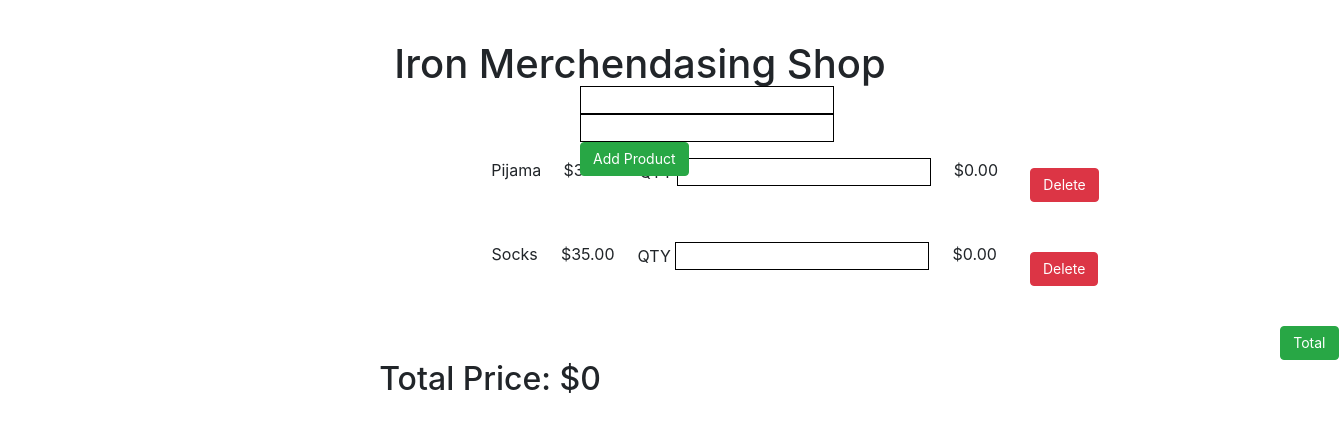
Repository: konstantin0s/lab-cart-DOM
Page: index.html
An editor plug-in stored every save of this project. The page is shown before and after the next save, followed by the edit.
The browser window is 1280 px wide. The page is 1339 px wide, then 1327 px, then 1339 px, so the pictures cover 1339 px, including what lies to the right of the window. The pictures show the whole page.
Some web libraries are served in a nearby version.

Above is the page before, as saved 2019-02-04 09:49:37.
Console error: TypeError: Cannot set properties of null (setting 'onclick')

### index.html
<!DOCTYPE html>
<html lang="en">
<head>
  <meta charset="UTF-8">
  <meta name="viewport" content="width=device-width, initial-scale=1.0">
  <meta http-equiv="X-UA-Compatible" content="ie=edge">
  <link rel="stylesheet" href="https://cdnjs.cloudflare.com/ajax/libs/normalize/5.0.0/normalize.min.css">
  <link rel="stylesheet" href="./css/style.css">
  <link rel="stylesheet" href="https://stackpath.bootstrapcdn.com/bootstrap/4.2.1/css/bootstrap.min.css">
  <title>Ironhack cart</title>
</head>

<body>
  <h1  class="title">Iron Merchendasing Shop</h1>
<!--
  <div class="container mt-4" id="amess">
    <h1 class="display-4 text-center">
      <i class="fas fa-book-open text-primary"></i>
      My <span class="text-primary">Products</span>List
      </h1>
      <form action="" id="product-form">
        <div class="form-group">
          <label for="product">Product</label>
          <input id="newProd" class="form-control" type="text">
        </div>
        <div class="form-group">
          <label for="price">$:</label>
          <input id="newPrice" class="form-control" type="text">
        </div>
        <div class="form-group">
          <label for="quantity">QTY</label>
          <input id="newQty" class="form-control" type="text">
        </div>
        <input type="submit" value="Add Product"
          class="btn btn-primary btn-block">
     </form>
        <table class="table table-striped">
          <thead>
            <tr>
              <th>Product:</th>
              <th class="fPrice">Price:</th>
              <th class="fQua">Quantity:</th>
              <th class="fTotal">Total:</th>
              <th></th>
            </tr>
          </thead>
            <tbody id="product-list"></tbody>
          </table>
  </div>   -->


  <div id="container">
       <div class="product">
        <div class="name">
          <span>Pijama</span>
        </div>
        <div class="price">
          $<span>35.00</span>
        </div>
        <div>
          <label>QTY</label>
          <input type="number" name="quantity" class="quantity">
        </div>
        <div class="totalP">
          $<span>0.00</span>
        </div>
        <div class="remove">
            <button class="button btn-danger" type="button">Delete</button>
        </div>
      </div>

      <div class="product">
          <div class="name">
            <span>Socks</span>
          </div>
          <div class="price">
            $<span>35.00</span>
          </div>
          <div>
            <label>QTY</label>
            <input type="number" name="quantity" class="quantity">
          </div>
          <div class="totalP">
            $<span>0.00</span>
          </div>
          <div class="remove" id="remove">
              <button class="button btn-danger" type="button">Delete</button>
          </div>
        </div>

     <div>
    <!--Ouside container-->
     <form action="" id="addNewProd">
       <input type="text" name="product" id="newProd">
       <input type="text" name="price" id="newPrice">
       <button type="submit" class="button btn-success" id="addExtra">Add Product</button>
     </form>

     <div class="addBC-container">
      <div class="calculate">
         <button type="button" class="button btn-success" id="calc-prices-button">Total</button>
      </div>

    <!-- <div class="addPBtn">
      <button type="button" class="button btn-success" id="addExtra">Add Product</button>
    </div> -->

    <h2 id="cart-total-price">
      Total Price: $<span>0</span>
    </h2>

    </div>



      <script type="text/javascript" src="./js/index.js"></script>

</body>
</html>

### css/style.css

body{
  overflow-x: hidden;
  z-index: 1000;
}

.title {
  text-align: center;
  padding: 40px;
}

.container {
  display: flex;
  flex-direction: row;
}

input {
  border: solid 1px black;
}

.product {
  display: flex;
  flex-direction: row;
  justify-content: space-around;
  width: 50%;
  margin: 30px 0 0 480px;
}

.button {
  display: inline-block;
  padding: 6px 12px;
  margin-bottom: 0;
  font-size: 14px;
  font-weight: 400;
  line-height: 1.42857143;
  text-align: center;
  white-space: nowrap;
  vertical-align: middle;
  -ms-touch-action: manipulation;
  touch-action: manipulation;
  cursor: pointer;
  -webkit-user-select: none;
  -moz-user-select: none;
  -ms-user-select: none;
  user-select: none;
  background-image: none;
  border: 1px solid transparent;
  border-radius: 4px;
}

.btn-success {
    color: #fff;
    background-color: #5cb85c;
    border-color: #4cae4c;
}

.cost-1 {
  margin: 10px;

}

.input {
  margin: 10px;
}

.totalP-1 {
  margin: 10px;
}



/* add total & product container */
.addBC-container {
    display: flex;
    flex-direction: column;
    margin:20px 0 20px 0;
}

/* Add new product button*/
.addPBtn {
  margin:10px 0 0 1280px;
  display: flex;
  flex-direction: column;
  width: 6%;
}

#cart-total-price {
  display: flex;
  justify-content: center;
}

/* total button*/
.calculate {
  margin:10px 0 0 1280px;
  display: flex;
  flex-direction: column;
  width: 6%;
}

.remove {
  margin: 10px;
}

.btn-danger {
    color: #fff;
    background-color: #CF000F;
    border-color: #CF000F;
}


.newPrice {
  position: relative;;
  top: 200px;
  left: 100px;
}

.prices .newPrice {
  position: relative;;
  top: 200px;
  left: 100px;
}

/* .quantity {
  margin: 0px 5px;
  height: 30px;
} */

#addNewProd {
  /* display: flex;
  flex-direction: column;
  justify-content: center;  */
  position: relative;
  float: right;
  left: -400px;
  top: -230px;
  width: 300px;
  margin-bottom: 100px;
  display: inline-block;
}
/*
 .newRowItems .quan {
  position: relative;
  top: -130px;
  left: 460px;
}

 .newRowItems input{
  position: relative;
  top: -91px;
  left: 190px;
 }


 .newRowItems .inputQua{
  position: relative;
  top: -80px;
  left: 380px;
 }

  .newRowItems .defPrice{
  position: relative;
  top: -210px;
  left: 845px;
 } */ */

 /* style new added new products*/
 /* #amess {
   display:flex;
   width:50%;
   height: 500px;
   flex-direction: column;
   /* align-items: center; */
   /* margin-bottom: 300px;
   left: -400px;
 } */

/*
.newRowItems button {
  position: relative;
  top: -253px;
  left: 890px;
  width: 70px;
  display: inline-block;
  padding: 6px 12px;
  margin-bottom: 0;
  font-size: 14px;
  font-weight: 400;
  line-height: 1.42857143;
  text-align: center;
  white-space: nowrap;
  vertical-align: middle;
  -ms-touch-action: manipulation;
  touch-action: manipulation;
  cursor: pointer;
  -webkit-user-select: none;
  -moz-user-select: none;
  -ms-user-select: none;
  user-select: none;
  background-image: none;
  border: 1px solid transparent;
  border-radius: 4px;

} */

### js/index.js



  // document.getElementById("addExtra").addEventListener("click", createNewItemRow);
  // document.getElementById("addExtra").addEventListener("click", createQuantityNode);
  // document.getElementById("addExtra").addEventListener("click", createQuantityInput);
  // document.getElementById("addExtra").addEventListener("click", getPriceByProduct);
  // document.getElementById("addExtra").addEventListener("click",   createDeleteButton);
  // document.getElementById("calc-prices-button").addEventListener("click", calculatePriceProducts);



var prodList = document.querySelector('#container');
prodList.addEventListener("click", deleteItem);

function deleteItem(e){
 if (e.target.classList.contains("btn-danger")) {
    if (confirm("Are you sure?")) {

      //removes the product div (which is parent of remove div and remove div is parent of btn-danger)
      var prod = e.target.parentElement.parentElement.remove();
      console.log(prod);
     }

    }

}


function getPriceByProduct(itemNode){
  // var h5 = document.createElement("H5");                       // Create a <p> element
  // itemNode = document.createTextNode("$0 ");
  // h5.className = 'defPrice';     // Create a text node
  // h5.appendChild(itemNode);                                          // Append the text to <p>
  // document.getElementsByClassName("newRowItems")[0].appendChild(h5);
}


function updatePriceByProduct(productPrice, index){

}



function getTotalPrice() {  //works individual products
  var products = document.getElementsByClassName("product");
  var cartTotalPrice = document.querySelector("#cart-total-price span"); //update dinamic on each input.
  cartTotalPrice.innerText = 0;


  for (var i = 0; i < products.length; i++) {
   products[i].querySelector(".totalP span").innerText =
   Number(Number(products[i].querySelector(".price span").innerText) *
    Number(products[i].querySelector(".quantity").value));

   cartTotalPrice.innerText = Number(cartTotalPrice.innerText) +
   Number(products[i].querySelector(".totalP span").innerText);
  }
}







function createQuantityInput() {
// var label = document.createElement("LABEL");
// label.className = 'inputQua';
// var quaInput = document.createElement("INPUT");
// label.appendChild(quaInput);
// document.getElementsByClassName('newRowItems')[0].appendChild(label);
}

function createDeleteButton(){
// var button = document.createElement("BUTTON");
// button.className = 'button btn-delete';
// var quaDel = document.createTextNode("Delete");
// button.appendChild(quaDel);
// document.getElementsByClassName('newRowItems')[0].appendChild(button);
}

function createQuantityNode(){
  // var h5 = document.createElement("H5");
  // h5.className = 'quan';                       // Create a <p> element
  // var quaNode = document.createTextNode("Quantity: ");      // Create a text node
  // h5.appendChild(quaNode);                                          // Append the text to <p>
  // document.getElementsByClassName("newRowItems")[0].appendChild(h5);
}

function createItemNode(dataType, itemData){

}

  //Form submit event
var form = document.querySelector("#addNewProd");
form.addEventListener("submit", createNewItemRow);
//add new product here
var prodList = document.querySelector("#container");
//get new product value

function createNewItemRow(e){
  e.preventDefault();
  //get new product value
  var newProd = document.getElementById("newProd").value;
  var newPr = document.getElementById("newPrice").value;

  //new div & span product name
  var div = document.createElement("div");
  div.className = "product";
  var span = document.createElement("span");

  //append new product to new span
  span.appendChild(document.createTextNode(newProd));
  div.appendChild(span);


 //new div & span product name
 var divPrice = document.createElement("div");
 divPrice.className = "price";
 var spanPrice = document.createElement("span");
//  spanPrice.className = "newPrice";
//  console.log(spanPrice);
 divPrice.appendChild(spanPrice);
 console.log(divPrice);
 console.log(spanPrice);
 //append new product to new span
 spanPrice.appendChild(document.createTextNode(newPr));

  // var divQua = document.createElement("div");
  // var quaSpan = document.createElement("input");
  // divQua.appendChild(quaSpan);

  // var divDel = document.createElement("div");
  // divDel.className = "remove";
  // var deleteBtn = document.createElement("button");
  // deleteBtn.className ="button btn-danger";
  // deleteBtn.appendChild(document.createTextNode("Delete"));
  // divDel.appendChild(deleteBtn);


  //add new product to the div container
   prodList.appendChild(div);
   console.log(prodList);




  // var h5 = document.createElement("H5");                       // Create a <p> element
  // itemName = document.createTextNode("Sexy Shirt: ");
  // h5.className = 'sexy';     // Create a text node
  // h5.appendChild(itemName);                                          // Append the text to <p>
  // document.getElementsByClassName("newRowItems")[0].appendChild(h5);

  // var label = document.createElement("LABEL");
  // var par = document.createElement("P");                       // Create a <p> element
  // var dollar = document.createTextNode("$");
  // par.appendChild(dollar);
  // itemUnitPrice = document.createElement("INPUT");
  // label.appendChild(itemUnitPrice);
  // document.getElementsByClassName('newRowItems')[0].appendChild(par);
  // document.getElementsByClassName('newRowItems')[0].appendChild(label);

}

function createNewItem(){

}

window.onload = function(){
  var calculatePriceButton = document.getElementById('calc-prices-button');
  var createItemButton = document.getElementById('new-item-create');
  var deleteButtons = document.getElementsByClassName('btn-delete');

  calculatePriceButton.onclick = getTotalPrice;
  createItemButton.onclick = createNewItem;

  for(var i = 0; i<deleteButtons.length ; i++){
    deleteButtons[i].onclick = deleteItem;
  }
};




// class Product {
//   constructor(name, price, quantity) {
//     this.name = name;
//     this.price = price;
//     this.quantity = quantity;
//   }
// }

// //local storage
// class Store {
//   static getProducts() {
//     var products;
//     if (localStorage.getItem('products') === null) {
//       products = [];
//     } else {
//       products = JSON.parse(localStorage.getItem('products'));
//     }

//     return products;
//   }

//   static addProduct(product) {
//      var products = Store.getProducts();
//        products.push(product);
//        localStorage.setItem('products', JSON.stringify(products));
//   }

//   static removeProduct(quantity) {
//     var products = Store.getProducts();
//     products.forEach((product, index) => {
//       if (product.quantity === quantity) {
//         products.splice(index, 1);
//       }
//     });

//     localStorage.setItem('products', JSON.stringify(products));

//   }
// }

// class UI {
//   static displayProducts() {

//      const products = Store.getProducts();

//      products.forEach((product) => UI.addProductToList(product));

//      }
//      static addProductToList(product) {
//       var list = document.querySelector("#product-list");
//       var  row = document.createElement("TR");
//       row.innerHTML = `
//       <td>${product.name}</td>
//       <td>${product.price}</td>
//       <td>${product.quantity}</td>
//       <td><a href="#" class="btn btn-danger btn-sm
//        delete">X</a></td>
//      `;

//       list.appendChild(row);
//   }

//   static deleteProduct(el) {
//     if (el.classList.contains("delete")) {
//         el.parentElement.parentElement.remove(); // deletes tr
//     }
//   }

//   static showAlert(message, className) {
//   var div = document.createElement('div');
//      div.className = `alert alert-${className}`;
//      div.appendChild(document.createTextNode(message));
//      var container = document.querySelector('#amess');
//      var form = document.querySelector('#product-form');
//      container.insertBefore(div, form);
//      setTimeout(() => document.querySelector('.alert').remove(), 3000);
//   }

//   static clearFields() {
//     const name = document.querySelector("#newProd").value = "";
//     const price = document.querySelector("#newPrice").value = "";
//     const quantity = document.querySelector("#newQty").value = "";
//   }
// }


// document.addEventListener("DOMContentLoaded", UI.displayProducts);

// document.querySelector("#product-form").addEventListener("submit", (e) => {
//   // e.preventDefault();
//   const name = document.querySelector("#newProd").value;
//   const price = document.querySelector("#newPrice").value;
//   const quantity = document.querySelector("#newQty").value;

//   //validate
//   if (name === '' || price === '' || quantity === '') {
//     UI.showAlert('please fill in all fields', 'danger');
//   } else {
//     const product = new Product(name, price, quantity);

//     UI.addProductToList(product);

//     //add product to Store
//     Store.addProduct(product);

//     UI.clearFields();
//   }


// });

// //delete product
// document.querySelector("#product-list").addEventListener("click", (e) => {
//   UI.deleteProduct(e.target);

//   //remove product from store
// Store.removeProduct(e.target.parentElement.previousElementSibling.textContent);

// });

After the next save:
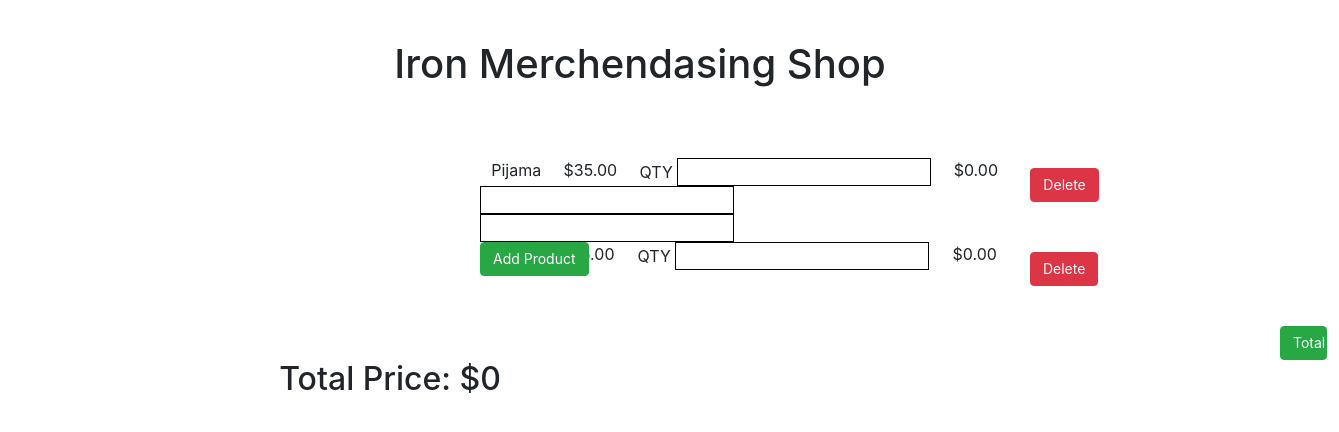
Saved 15 s later.
--- a/css/style.css
+++ b/css/style.css
@@ -134,7 +134,7 @@
   left: -400px;
   top: -230px;
   width: 300px;
-  margin-bottom: 100px;
+  margin: 100px;
   display: inline-block;
 }
 /*

After the save that followed:
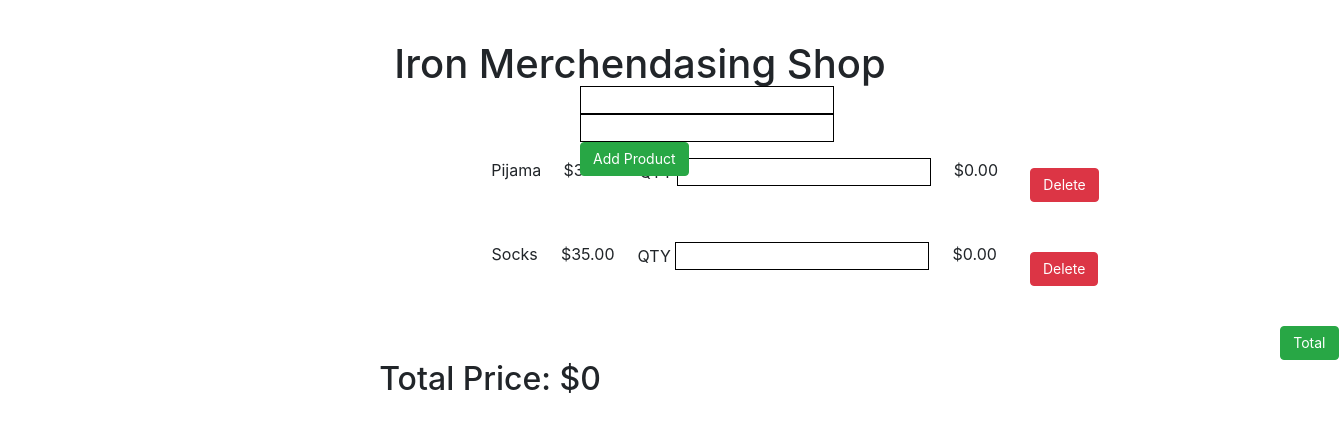
Saved 17 s later.
--- a/css/style.css
+++ b/css/style.css
@@ -126,15 +126,14 @@
 } */
 
 #addNewProd {
-  /* display: flex;
+  display: flex;
   flex-direction: column;
-  justify-content: center;  */
+  justify-content: center;
   position: relative;
   float: right;
   left: -400px;
   top: -230px;
   width: 300px;
-  margin: 100px;
   display: inline-block;
 }
 /*
